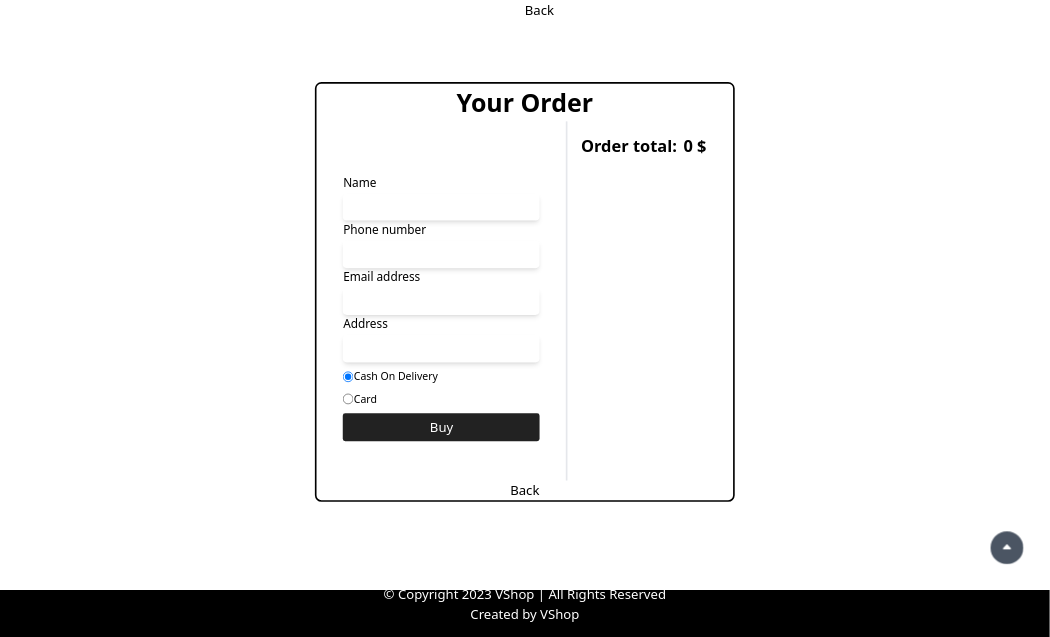
Repository: Kith933UTH/VSHOP
Page: /payment
These files come from the project's save history. The page is drawn as it stood at one moment and after the next save; the edit follows.
The browser window is 1280 px wide. The pictures show the whole page, at 82% of full size.
Pictures or frames that could not be fetched are drawn as grey boxes. The project was rebuilt for these pictures with package versions that can differ from the ones it lists, and the page was loaded fresh each time. Also part of the build but not shown: src/components/product-item/ProductItem.js, src/components/loader/Loader.js, src/constants/constants.js, src/components/product-filters/Category.js, src/components/product-filters/Price.js, src/components/product-filters/Rating.js, src/components/product-filters/ProductFilters.js, src/components/cart-shopping/CartEmpty.js and 20 more.

Above is the page before, as saved 2023-08-04 23:14:19.

After the next save:
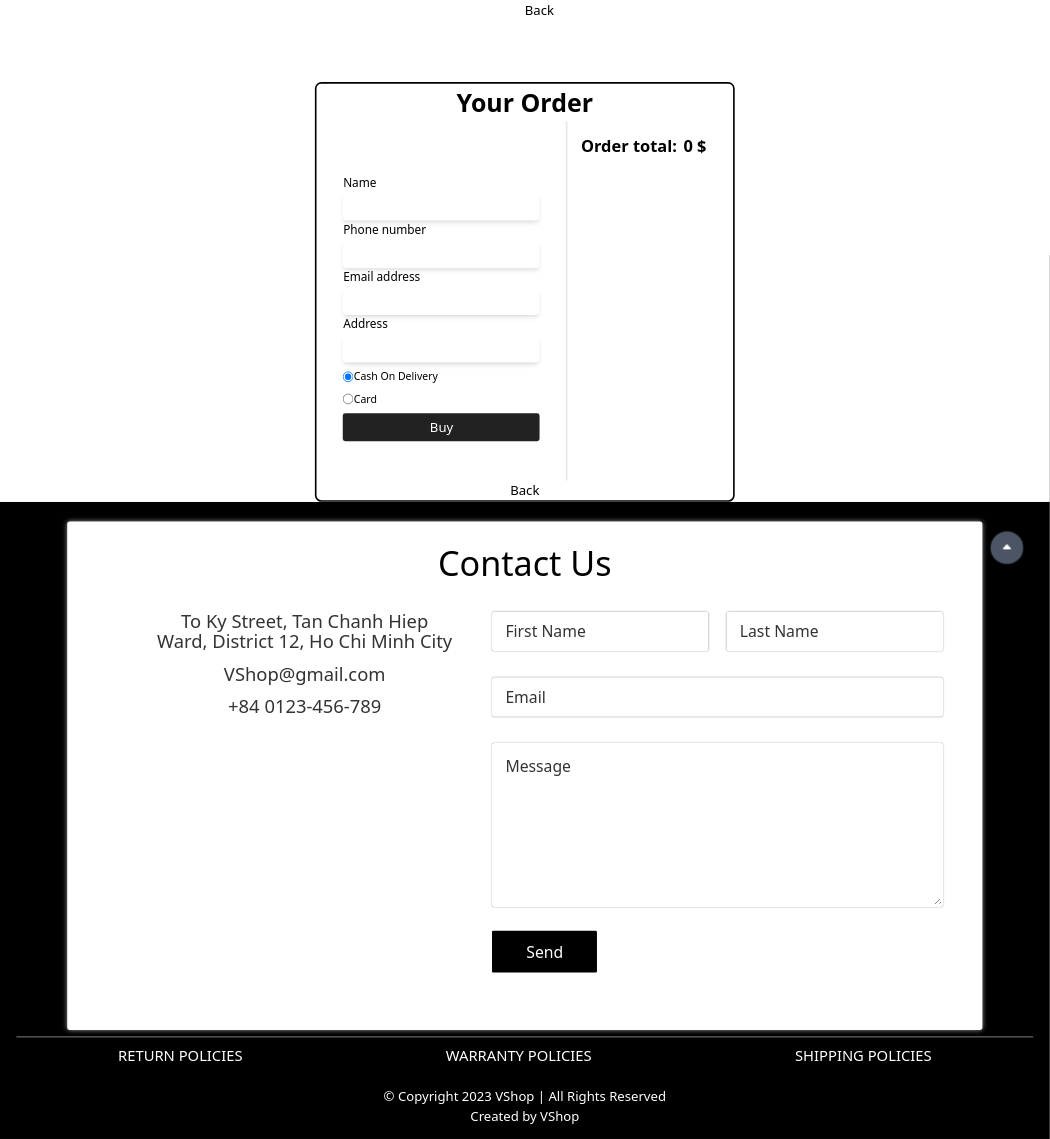
Saved 103 s later.
--- a/src/components/payment/Payment.js
+++ b/src/components/payment/Payment.js
@@ -12,7 +12,7 @@
         return Math.round(price * 0.9 * 100) / 100
     }
     return (
-        <div className="payment-page text-center m-5-auto flex justify-center">
+        <div className="payment-page text-center m-5-auto flex justify-center relative">
             <div className="border-2 rounded-lg border-black w-max h-fit">
             <h2>Your Order</h2>
             <button className="absolute top-0" onClick={() => navigate(-1)}>Back</button>

After the save that followed:
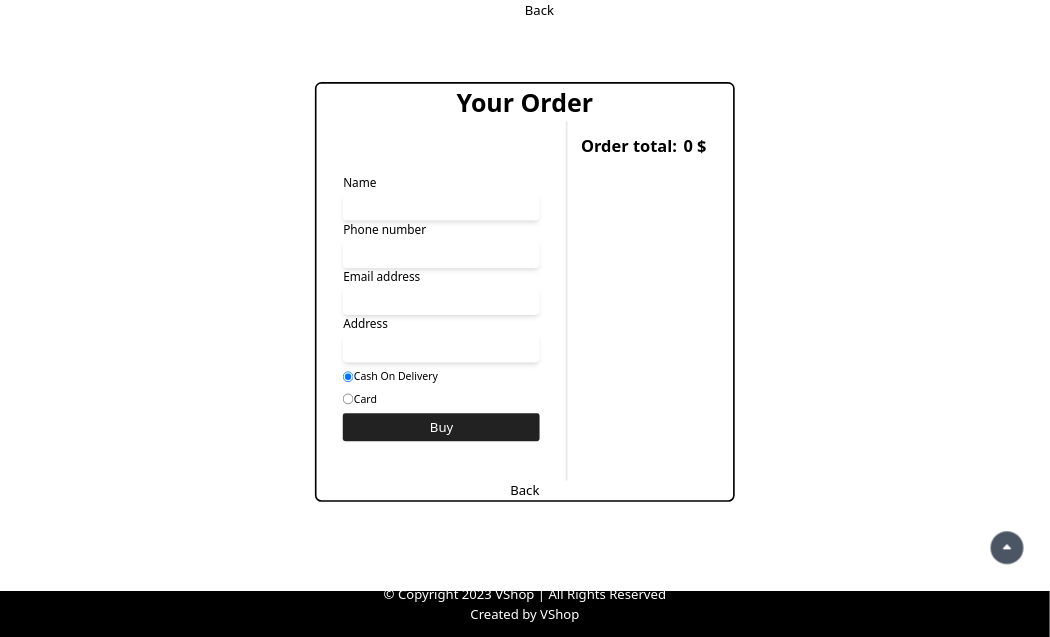
Saved 13 s later.
--- a/src/components/payment/Payment.js
+++ b/src/components/payment/Payment.js
@@ -12,7 +12,7 @@
         return Math.round(price * 0.9 * 100) / 100
     }
     return (
-        <div className="payment-page text-center m-5-auto flex justify-center relative">
+        <div className="payment-page text-center m-5-auto flex justify-center">
             <div className="border-2 rounded-lg border-black w-max h-fit">
             <h2>Your Order</h2>
             <button className="absolute top-0" onClick={() => navigate(-1)}>Back</button>
